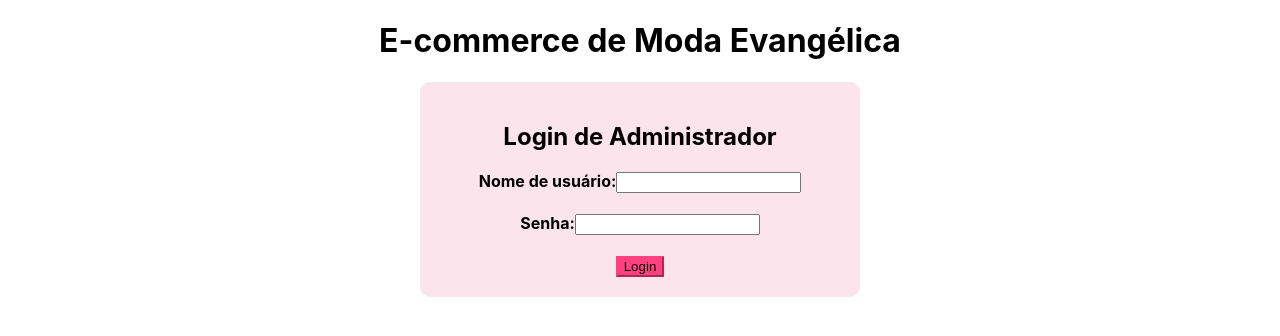
Repository: Mixchelle/ecommerce-moda-evangelica
Page: /login-admin
These files come from the project's save history. The page is drawn as it stood at one moment and after a run of saves; the edit follows.
The browser window is 1280 px wide. The pictures show the whole page.
The project was rebuilt for these pictures with package versions that can differ from the ones it lists, and the page was loaded fresh each time. A package was used in the major version that the imports need, not the one package.json lists. Also part of the build but not shown: src/components/CategoriesFilter.js, src/pages/Home.js, src/pages/Login.js, src/pages/Admin.js, src/pages/Cart.js. Imported but missing from the stored project, and not drawn on this page: .

Above is the page before, as saved 2024-04-29 21:56:41.

### src/App.js
import React from 'react';
import { BrowserRouter as Router, Route, Switch } from 'react-router-dom';
import './App.css';
import Home from './pages/Home';
import Login from './pages/Login';
import LoginAdmin from './pages/LoginAdmin';
import Admin from './pages/Admin';
import Cart from './pages/Cart';

function App() {
  return (
    <Router>
      <div className="App">
        <Switch>
          <Route exact path="/" component={Home} />
          <Route path="/login" component={Login} />
          <Route path="/login-admin" component={LoginAdmin} />
          <Route path="/admin" component={Admin} />
          <Route path="/cart" component={Cart} />
        </Switch>
      </div>
    </Router>
  );
}

export default App;

### src/pages/LoginAdmin.js
// src/pages/LoginAdmin.js
import React from 'react';
import Header from '../components/Header';
import '../../styles/Login.css'; // Importando estilos CSS personalizados

const LoginAdmin = () => {
  return (
    <div>
      <Header />
      <div className="login-container">
        <h2>Login de Administrador</h2>
        <form className="login-form">
          <div className="form-group">
            <label htmlFor="username">Nome de usuário:</label>
            <input type="text" className="form-control" id="username" />
          </div>
          <div className="form-group">
            <label htmlFor="password">Senha:</label>
            <input type="password" className="form-control" id="password" />
          </div>
          <button type="submit" className="btn btn-primary">Login</button>
        </form>
      </div>
    </div>
  );
}

export default LoginAdmin;

### src/components/Header.js
// src/components/Header.js
import React from 'react';

const Header = () => {
  return (
    <header>
      <h1>E-commerce de Moda Evangélica</h1>
      {/* Aqui você pode adicionar elementos de navegação, como links para login, carrinho, etc. */}
    </header>
  );
}

export default Header;

### src/style/Login.css
/* src/styles/Login.css */
.login-container {
  margin: 20px auto;
  max-width: 400px;
  padding: 20px;
  background-color: #fce4ec; /* Tema rosa claro */
  border-radius: 10px;
}

.login-form .form-group {
  margin-bottom: 20px;
}

.login-form label {
  font-weight: bold;
}

.login-form .btn-primary {
  background-color: #ff4081; /* Cor rosa */
  border-color: #ff4081;
}

.login-form .btn-primary:hover {
  background-color: #ff79b0; /* Cor rosa mais clara no hover */
}

Loaded but not shown: public/index.html (common file); src/index.js (common file); src/index.css (common file); src/reportWebVitals.js (common file); src/App.css (common file)

After the next 2 saves:
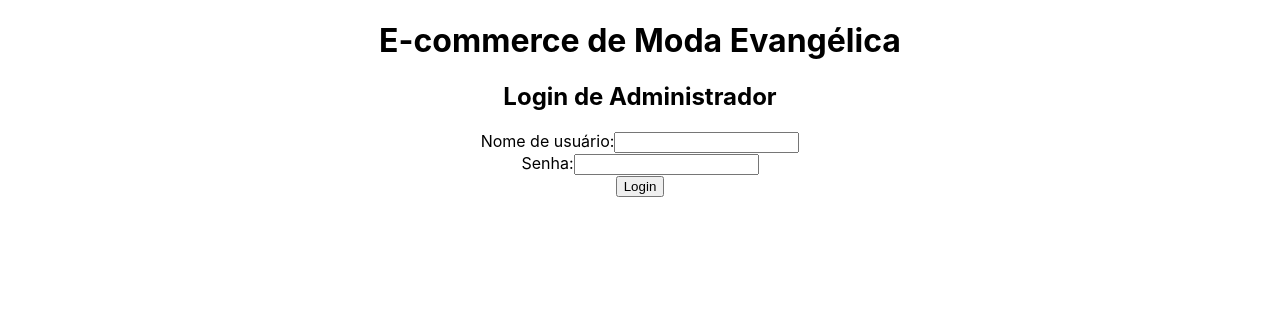
The 2 saves are shown as one change because they came seconds apart.
The last was saved 6 s later.
--- a/src/pages/LoginAdmin.js
+++ b/src/pages/LoginAdmin.js
@@ -1,7 +1,7 @@
 // src/pages/LoginAdmin.js
 import React from 'react';
 import Header from '../components/Header';
-import '../../styles/Login.css'; // Importando estilos CSS personalizados
+import '../../'; // Importando estilos CSS personalizados
 
 const LoginAdmin = () => {
   return (

After the 5 saves that followed:
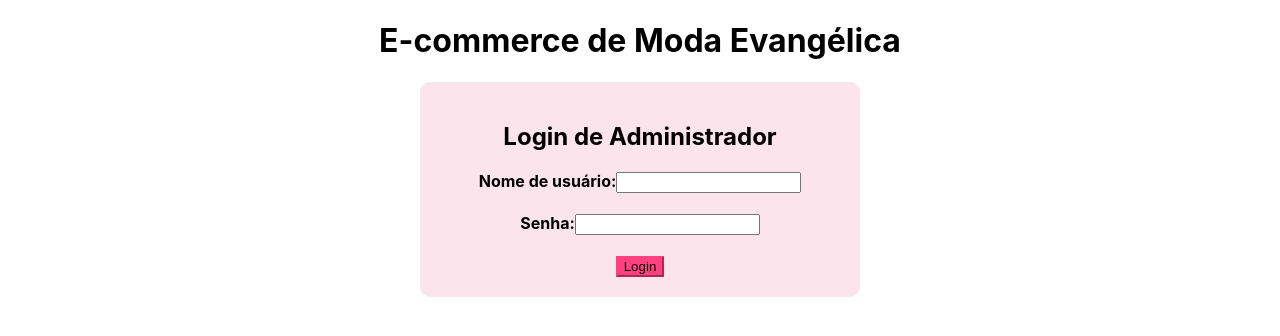
The 5 saves are shown as one change because 1 left the picture as it was and some came seconds apart.
The last was saved 17 s later.
--- a/src/pages/LoginAdmin.js
+++ b/src/pages/LoginAdmin.js
@@ -1,7 +1,7 @@
 // src/pages/LoginAdmin.js
 import React from 'react';
 import Header from '../components/Header';
-import '../../'; // Importando estilos CSS personalizados
+import '../style/Login.css'; // Importando estilos CSS personalizados
 
 const LoginAdmin = () => {
   return (
